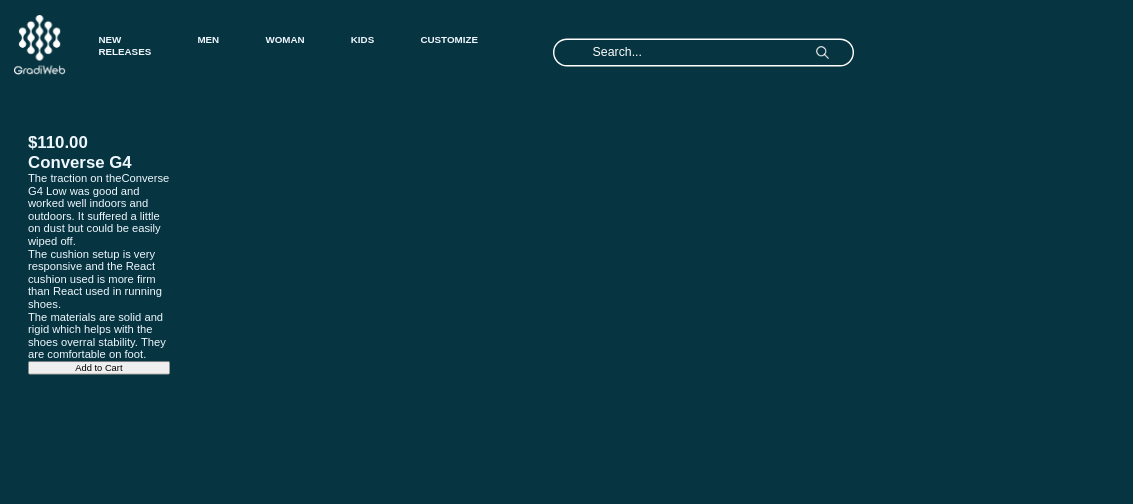
Repository: Cherced/Gradiweb
Page: /
The author's editor kept a copy of each file at every save. The page is drawn from the files as they stood at one save, then again after the next save.
The browser window is 1280 px wide. The page is 1280 px wide, then 1618 px, so the pictures cover 1618 px, including what lies to the right of the window. The pictures show the whole page, at 70% of full size.
The project was rebuilt for these pictures with package versions that can differ from the ones it lists, and the page was loaded fresh each time. The framework's server and built-in components were replaced by stand-ins that run in the browser.

Above is the page before, as saved 2022-07-07 20:09:52.

### pages/_app.js
import '../sass/global.scss'

function MyApp({ Component, pageProps }) {

  return <Component {...pageProps} />

}

export default MyApp

### pages/_document.js
import Document, { Html, Head, Main, NextScript } from 'next/document'

export default class MyDocument extends Document {
  render() {
    return (
      <Html>
        <Head />
        <body>
          <Main />
          <div id="myportal"></div>
          <NextScript />
        </body>
      </Html>
    )
  }
}

### pages/index.js
import React from 'react'
import { Header } from '../components/molecules/Header'
import {Main} from '../components/molecules/Main'

const Index = () => {
  return (
    <>
    <Header/>
    <Main/>
    </>
  )
}

export default Index

### sass/global.scss
@import './settings';
@import './pages/index';

### components/molecules/Header.jsx
import React from 'react'
import {NavBar} from '../atoms/header/NavBar'
import {SearchBar} from '../atoms/header/SearchBar'

export const Header = () => {
  return (
    <header className="header">
        <NavBar/>
        <SearchBar/>
    </header>
  )
}

### components/molecules/Main.jsx
import React from 'react'
import {ProductContainer} from '../atoms/main/ProductContainer'
import {ProductDescription} from '../atoms/main/ProductDescription'
import {ProductCarrousel} from '../atoms/main/ProductCarrousel'

export const Main = () => {
  return (
    <>
    <main className="main">
        <section className="main__description--container">
        <ProductDescription/>
        </section>
        <section className="main__product--container">
        <ProductContainer/>
        </section>
    </main>
    <section className="main__carrousel--container">
        <ProductCarrousel/>
    </section>
    </>

  )
}

### sass/_settings.scss
$pinky-red: #FF6F73;
$dark-blue: #063440;
$ligth-green: #00CFB3;

*{
    box-sizing: border-box;
    margin: 0;
    padding: 0;
}

body{
    font-family: 'Source Sans Pro', sans-serif;
    background-color: $dark-blue;
    position: relative;
    z-index: 1;
    overflow-x: hidden;
    color:aliceblue;
}

### sass/pages/_index.scss
@import '../components/molecules/header';
@import '../components/molecules/main';
@import '../components/molecules/footer';

### sass/components/molecules/_header.scss
@import '../atoms/header/navBar';
@import '../atoms/header/searchBar';

header {
    margin-top: 20px;
    width: 100%;
    height: 90px;
    display: flex;
}

### sass/components/atoms/header/_navBar.scss
.navBar__container{
    display: flex;
    width: 50%;
    .navBar__container--image{
        margin-left: 20px;
    }
    .header__nav{
        width: 80%;
        display: flex;
        align-items: center;
        justify-content: space-between;
        .header__nav--list{
            display: flex;
            width: 100%;
            list-style: none;
            .header__list--item{
                text-decoration: none;
                margin-left: 30px;
                width: auto;
                a{
                    color: aliceblue;
                    text-decoration: none;
                    height: inherit;
                    display: flex;
                    padding: 0 18px;
                    text-transform: uppercase;
                    font-weight: 600;
                    font-size: 14px;
                    cursor: pointer;
                }
                :hover{
                    color: gold;
                }
            }
        }
    }
}

### sass/components/atoms/header/_searchBar.scss
.searchBar__container {
    width: 50%;
    display: flex;
    align-items: center;
    margin-left: 20px;
    margin-top: 20px;
    position: relative;
    z-index: 3;
    flex-direction: row;
    justify-content: flex-end;
    margin-right: 60px;

.header-input-container {
    width: 430px;
    height: 40px;
    border: 2px solid white;
    display: flex;
    justify-content: center;
    align-items: center;
    border-radius: 50px;
}

.header-input-container input {
    padding-left: 20px;
    height: 100%;
    width: 80%;
    border: none;
    outline: none;
    background: transparent;
    color: aliceblue;
}

.header-input-container input::placeholder {
    padding: 0 10px;
    color: white;
    font-size: 1.1rem;
}

.search-icon {
    display: inline-block;
    background-image: url('../../../../public/images/icons/lupa.png');
    width: 18px;
    height: 18px;
    background-position: center;
    background-size: contain;
    background-repeat: no-repeat;
    padding: 0 18px;
}

}

### sass/components/molecules/_main.scss
@import '../atoms/main/productContainer';
@import '../atoms/main/productDescription';


main {
    width: 100%;
    display: flex;
    .main__description--container{
        width: 250px;
        height: auto;
        display: flex;
        margin-block-start: 80px;
        margin-inline-start: 40px;
        flex-direction: column;
        margin-bottom: 70px;
    }

    .main__product--container{
        width: 100%;
        min-height: 320px;
        text-align: center;
        position: relative;
        z-index: 3;
    }
    .main__carrousel--container{

    }
}

### sass/components/atoms/main/_productDescription.scss
.pinky-background {
    width: 45vw;
    height: 200vh;
    background: $pinky-red;
    position: absolute;
    z-index: 0;
    box-shadow: 0 1px 6px 0 black;
    top: 0;
    right: -250px;
    transform: skew(7deg);
}

### components/atoms/header/NavBar.jsx
import React from 'react'

export const NavBar = () => {
  return (
    <div className="navBar__container" aria-label="header navegation container">
    <img className="navBar__container--image" src="/images/logo-white.png" alt="Logo Converse" />
    <nav className="header__nav">
      <ul className="header__nav--list">
        <li className="header__list--item"><a href="#">New Releases</a></li>
        <li className="header__list--item"><a href="#">Men</a></li>
        <li className="header__list--item"><a href="#">Woman</a></li>
        <li className="header__list--item"><a href="#">Kids</a></li>
        <li className="header__list--item"><a href="#">Customize</a></li>
      </ul>
    </nav>
  </div>
  )
}

### components/atoms/header/SearchBar.jsx
import React from 'react'

export const SearchBar = () => {
  return (
    <div className="searchBar__container" aria-label="container search bar">
    <div className="header-input-container">
    <input type="text" placeholder="Search..." />
    <span className="search-icon" />
    </div>
     <div className="cart-icon"><a href /></div>
    </div>
  )
}

### components/atoms/main/ProductContainer.jsx
import React from 'react'

export const ProductContainer = (props) => {
  return (
    <div class="main-product-picture">
        <div class="main-picture">
            <img src={props.img} alt={props.alt}/>
        </div>
    </div>
  )
}

### components/atoms/main/ProductDescription.jsx
import React from 'react'

export const ProductDescription = () => {
  return (
    <React.Fragment>
    <div classname="pinky-background"></div>
    <h2 className="main-price">$110.00</h2>
    <h1 className="main-title">Converse <span>G4</span></h1>
    <div className="main-rank">
        <span className="star-icon" />
        <span className="star-icon" />
        <span className="star-icon" />
        <span className="star-icon" />
        <span className="star-icon" />
    </div>
    <article class="main-product-description">
        <p>The traction on theConverse G4 Low was good and worked well indoors and outdoors. It suffered a little on dust but could be easily wiped off.</p>
        <p>The cushion setup is very responsive and the React cushion used is more firm than React used in running shoes.</p>
        <p>The materials are solid and rigid which helps with the shoes overral stability. They are comfortable on foot.</p>
    </article>
    <button class="cart-button" href="www.google.com">Add to Cart</button>
    </React.Fragment>
  )
}

### components/atoms/main/ProductCarrousel.jsx
import React from 'react'

export const ProductCarrousel = () => {
  return (
 <div className="main-product-picture">
  <div className="main-picture" />
</div>

  )
}

Loaded but not shown: sass/components/atoms/main/_productContainer.scss (no stored copy; drawn as an empty file); sass/components/molecules/_footer.scss (no stored copy; drawn as an empty file)

After the next save:
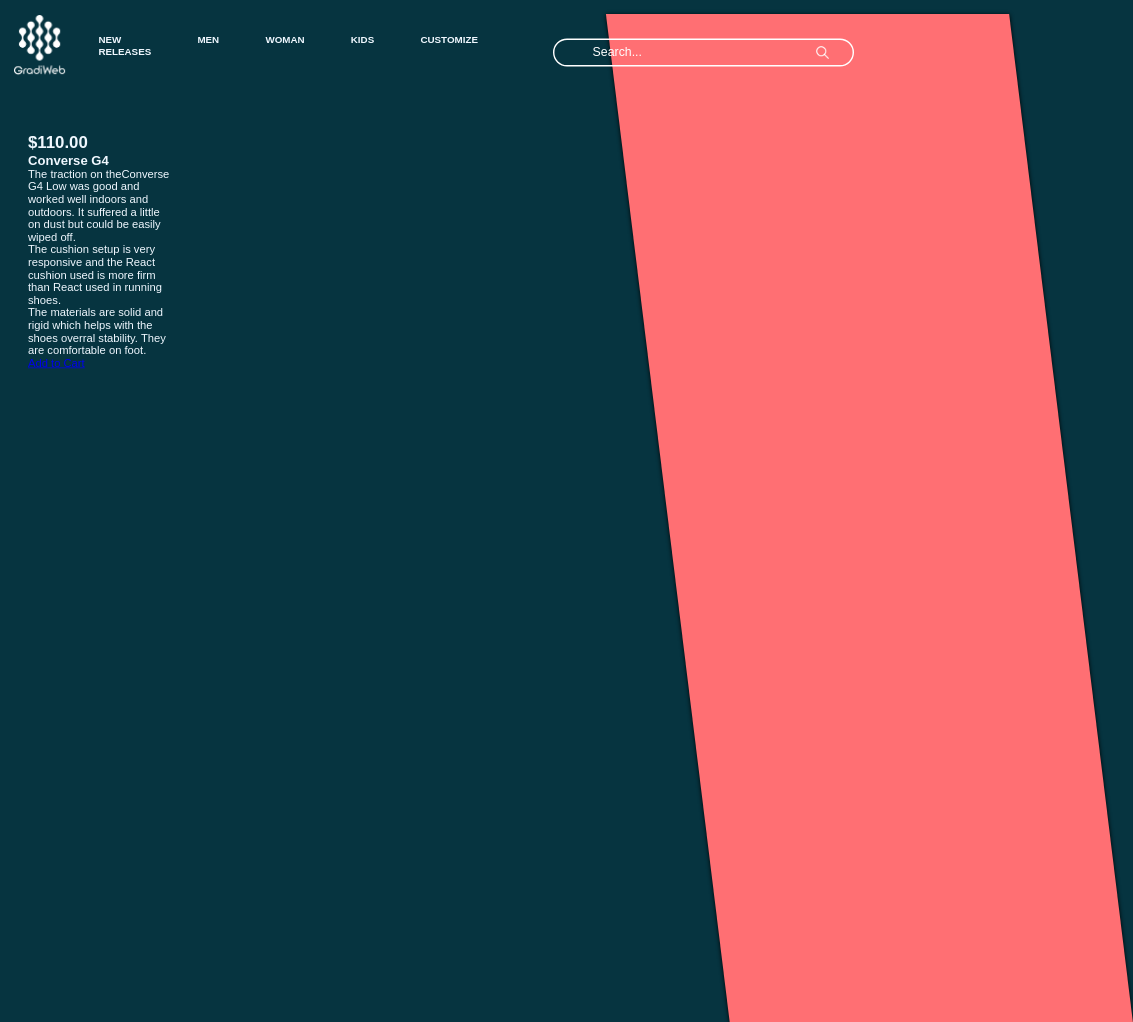
Saved 115 s later.
--- a/components/atoms/main/ProductDescription.jsx
+++ b/components/atoms/main/ProductDescription.jsx
@@ -3,22 +3,27 @@
 export const ProductDescription = () => {
   return (
     <React.Fragment>
-    <div classname="pinky-background"></div>
-    <h2 className="main-price">$110.00</h2>
-    <h1 className="main-title">Converse <span>G4</span></h1>
-    <div className="main-rank">
-        <span className="star-icon" />
-        <span className="star-icon" />
-        <span className="star-icon" />
-        <span className="star-icon" />
-        <span className="star-icon" />
-    </div>
-    <article class="main-product-description">
-        <p>The traction on theConverse G4 Low was good and worked well indoors and outdoors. It suffered a little on dust but could be easily wiped off.</p>
-        <p>The cushion setup is very responsive and the React cushion used is more firm than React used in running shoes.</p>
-        <p>The materials are solid and rigid which helps with the shoes overral stability. They are comfortable on foot.</p>
-    </article>
-    <button class="cart-button" href="www.google.com">Add to Cart</button>
+    <section className="main-product-container">
+  <div className="pinky-background" />
+  <h2 className="main-price">$110.00</h2>
+  <h1 className="main-title">Converse <span>G4</span></h1>
+  <div className="main-rank">
+    <span className="star-icon" />
+    <span className="star-icon" />
+    <span className="star-icon" />
+    <span className="star-icon" />
+    <span className="star-icon" />
+  </div>
+  <article className="main-product-description">
+    <p>The traction on theConverse G4 Low was good and worked well indoors and outdoors. It suffered a little on dust but could be easily wiped off.</p>
+    <p>The cushion setup is very responsive and the React cushion used is more firm than React used in running shoes.</p>
+    <p>The materials are solid and rigid which helps with the shoes overral stability. They are comfortable on foot.</p>
+  </article>
+  <a className="cart-button" href="www.google.com">Add to Cart</a>
+  <div className="main-product-picture">
+    <div className="main-picture" />
+  </div>
+</section>
     </React.Fragment>
   )
 }
